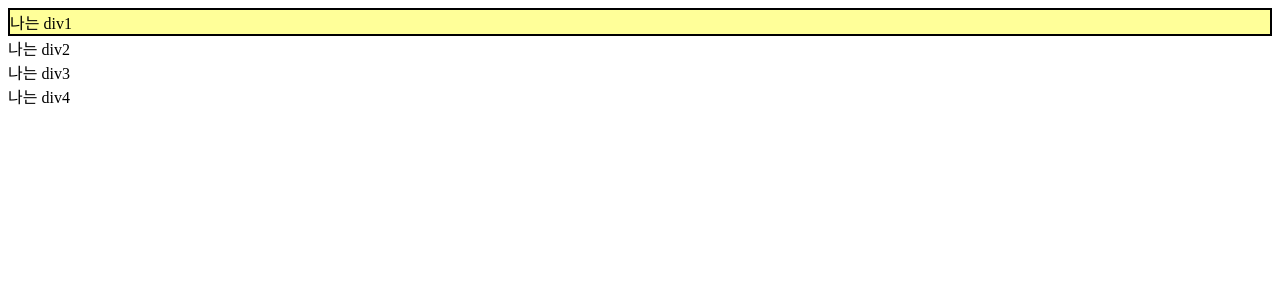
Repository: raccoon304/gugkbi_jsp
Page: HTML5/src/main/webapp/ch01_cssOrder/cssOrder.html
The author's editor kept a copy of each file at every save. The page is drawn from the files as they stood at one save, then again after the next save.
The browser window is 1280 px wide. The pictures show the whole page.

Above is the page before, as saved 2025-11-13 07:27:12.

After the next save:
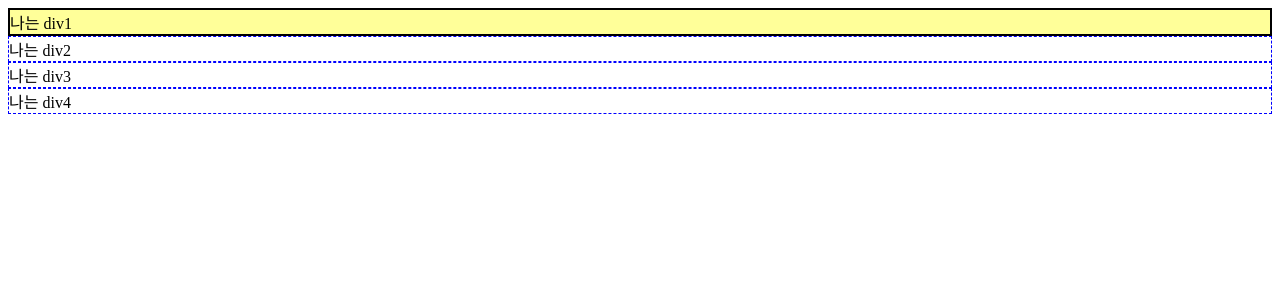
Saved 73 s later.
--- a/HTML5/src/main/webapp/ch01_cssOrder/cssOrder.html
+++ b/HTML5/src/main/webapp/ch01_cssOrder/cssOrder.html
@@ -3,6 +3,13 @@
 <head>
 <meta charset="UTF-8">
 <title>CSS(Cascading Style Sheets)의 우선순위에 대해서 알아본다.</title>
+
+<style type="text/css">
+	div{
+		border: dashed 1px blue; /* 테두리 : 점선 두께 1px 파랑색 */
+	}
+</style>
+
 </head>
 <body>
 	<!--  HTML 주석문  -->
